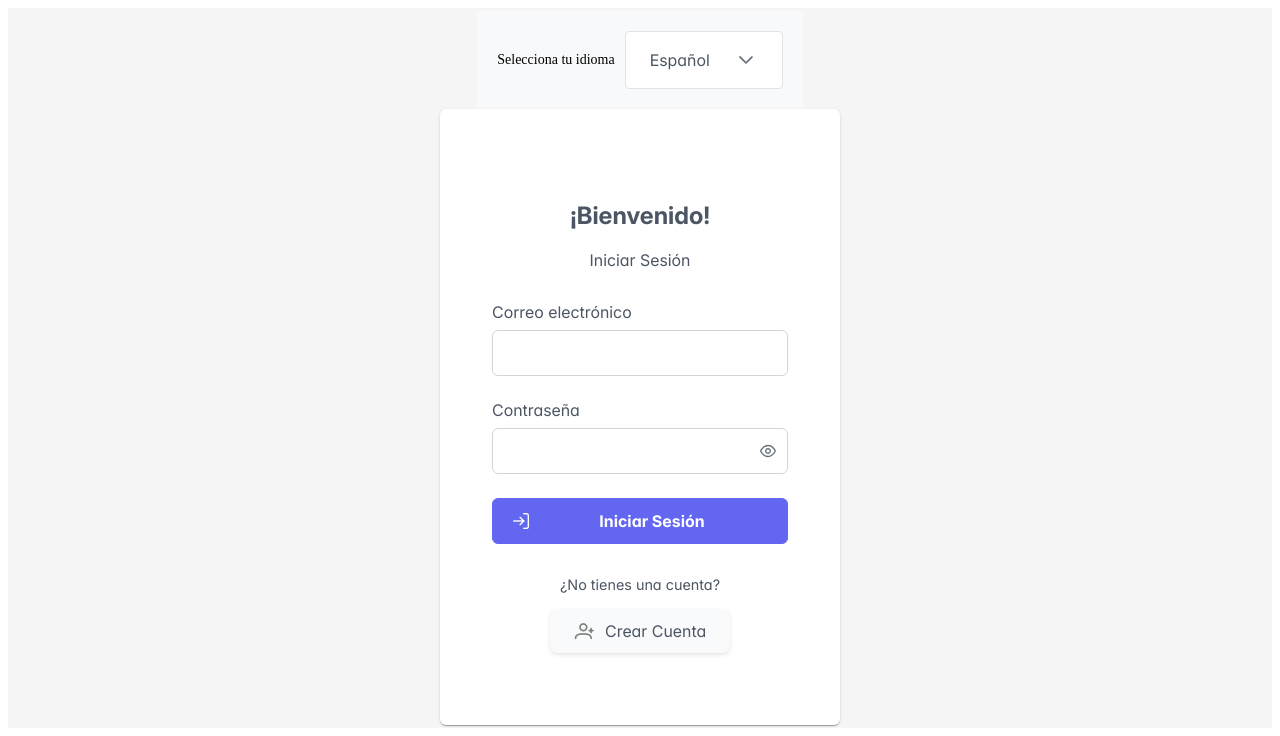
Repository: nder1996/Info_Colombia
Page: /GestionTareas (app in fronted/gestion-tareas/)
These files come from the project's save history. The page is drawn as it stood at one moment and after the next save; the edit follows.
The browser window is 1280 px wide. The pictures show the whole page.
The project was rebuilt for these pictures with package versions that can differ from the ones it lists, and the page was loaded fresh each time. Also part of the build but not shown: fronted/gestion-tareas/src/components/gestion-tareas/GestionTareas.css, fronted/gestion-tareas/src/services/GestionTareasService.ts, fronted/gestion-tareas/src/services/SummaryServices.ts, fronted/gestion-tareas/src/services/UsuarioService.ts, fronted/gestion-tareas/src/services/WebSocketService.ts, fronted/gestion-tareas/src/hooks/useNotifications.ts, fronted/gestion-tareas/src/components/gestion-tareas/GestionTareas.tsx, fronted/gestion-tareas/src/components/Registrarse/Registrarse.tsx.

Above is the page before, as saved 2025-02-24 03:07:57.

After the next save:
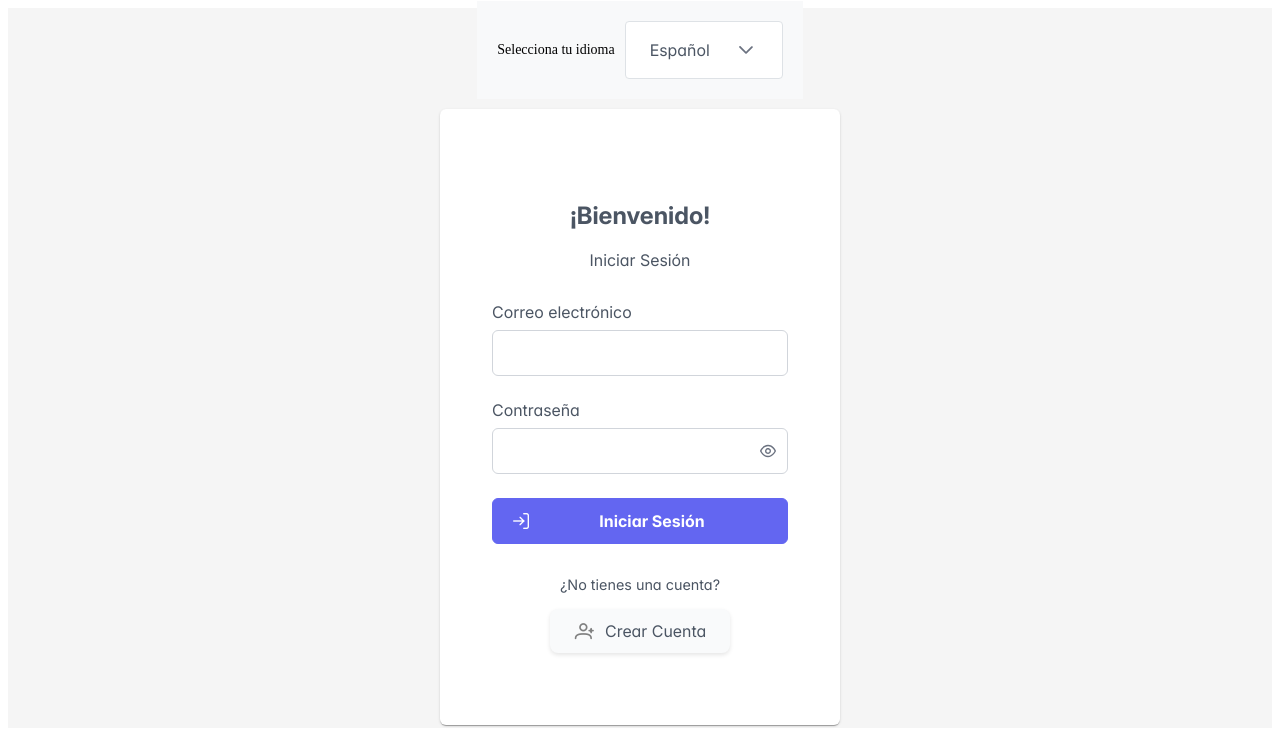
Saved 7 s later.
--- a/fronted/gestion-tareas/src/components/InicioSession/InicioSession.css
+++ b/fronted/gestion-tareas/src/components/InicioSession/InicioSession.css
@@ -12,7 +12,7 @@
   width: 100%;
   width: 430px;
   padding: 1rem;
-  margin: 0 !important;
+  margin: 10px !important;
 }
 
 .login-header {
